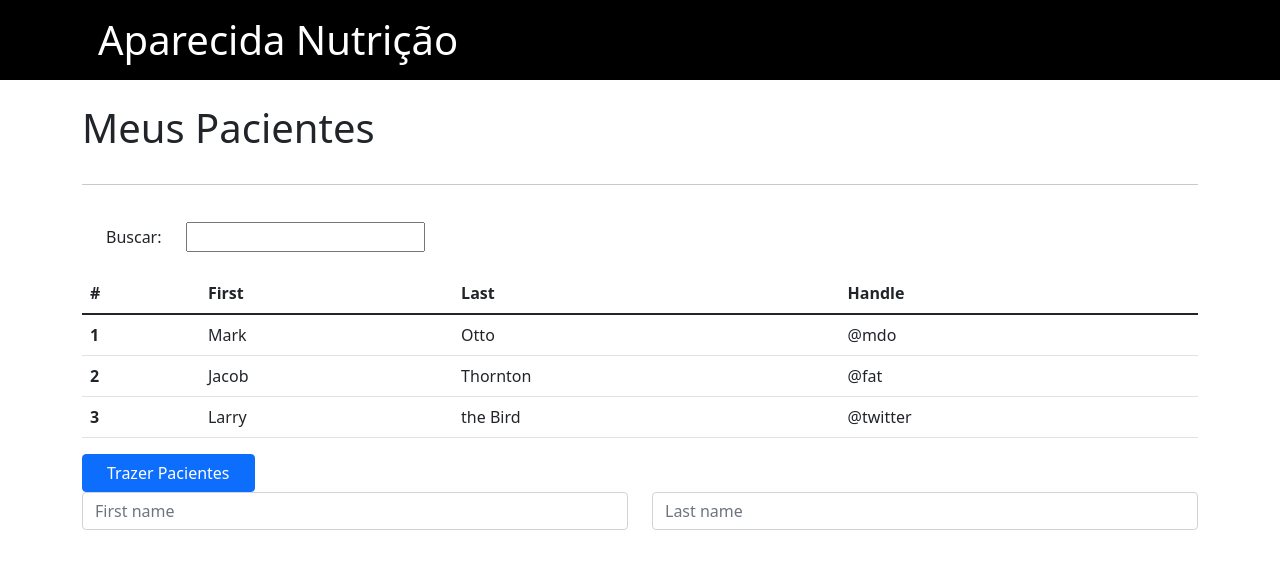
Repository: eversonps/app-paciente
Page: / (app in frontend/)
These files come from the project's save history. The page is drawn as it stood at one moment and after a run of saves; the edit follows.
The browser window is 1280 px wide. The pictures show the whole page.
The project was rebuilt for these pictures with package versions that can differ from the ones it lists, and the page was loaded fresh each time.

Above is the page before, as saved 2022-03-28 14:22:06.

### frontend/src/index.js
import React from 'react';
import ReactDOM from 'react-dom';
import './index.css';
import App from './App';
import  '../node_modules/bootstrap/dist/css/bootstrap.min.css'

ReactDOM.render(
    <App />,
    document.getElementById('root')
);

### frontend/src/App.jsx
import Header from "./components/Header";
import MyPacients from "./components/MyPacients";
import Main from "./components/Main"
import AddPacient from "./components/AddPacient";

function App() {
  return (
    <div className="App">
        <Header></Header>
        <Main>
            <MyPacients></MyPacients>
            <AddPacient></AddPacient>
        </Main>
    </div>
  );
}

export default App;

### frontend/src/components/Header.jsx
import React from "react";

export default props => {
    return (
        <header className="bg-black">
            <div className="container">
                <h1 className="text-white p-3">Aparecida Nutrição</h1>
            </div>
        </header>
    )
}

### frontend/src/components/MyPacients.jsx
import React from "react";
import FilterPacients from "../Templates/FilterPacients";
import Table from "../Templates/Table";

export default props => (
    <div>
        <h1 className="pt-3 pb-3">Meus Pacientes</h1>
        <hr />

        <FilterPacients></FilterPacients>
        <Table></Table>
    </div>
)

### frontend/src/components/Main.jsx
import React from "react";

export default props => (
    <main className="container">
        {props.children}
    </main>
)

### frontend/src/components/AddPacient.jsx
import React from "react";

export default props => (
    <form>
        <div className="row">
            <div className="col">
                <input type="text" className="form-control" placeholder="First name" />
            </div>
            <div className="col">
                <input type="text" className="form-control" placeholder="Last name" />
            </div>
        </div>
    </form>
)

### frontend/src/Templates/FilterPacients.jsx
import React from "react";

export default props => (
    <div>
        <label className="m-4">Buscar: </label>
        <input type="text" />
    </div>
)

### frontend/src/Templates/Table.jsx
import React from "react";

export default props => (
    <div>
        <table class="table">
        <thead class="thead-dark">
            <tr>
            <th scope="col">#</th>
            <th scope="col">First</th>
            <th scope="col">Last</th>
            <th scope="col">Handle</th>
            </tr>
        </thead>
        <tbody>
            <tr>
            <th scope="row">1</th>
            <td>Mark</td>
            <td>Otto</td>
            <td>@mdo</td>
            </tr>
            <tr>
            <th scope="row">2</th>
            <td>Jacob</td>
            <td>Thornton</td>
            <td>@fat</td>
            </tr>
            <tr>
            <th scope="row">3</th>
            <td>Larry</td>
            <td>the Bird</td>
            <td>@twitter</td>
            </tr>
            </tbody>
        </table>
        <a class="btn btn-primary px-4" href="#" role="button">Trazer Pacientes</a>
    </div>

)

Loaded but not shown: frontend/public/index.html (common file); frontend/src/index.css (common file)

After the next 2 saves:
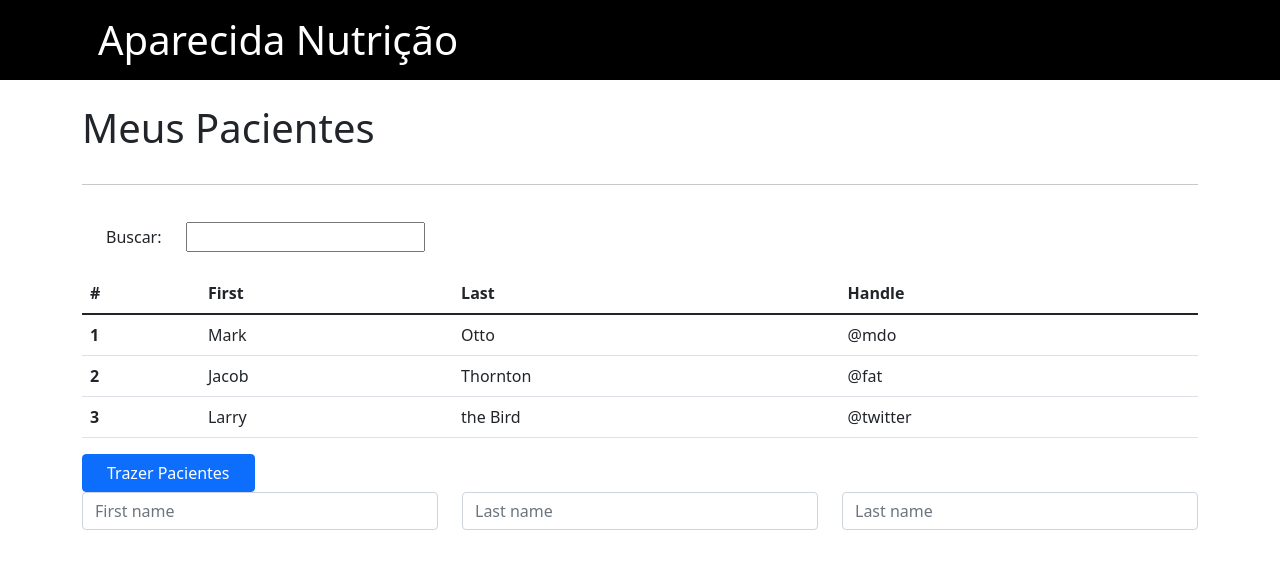
The 2 saves are shown as one change because they came seconds apart.
The last was saved 29 s later.
--- a/frontend/src/components/AddPacient.jsx
+++ b/frontend/src/components/AddPacient.jsx
@@ -2,6 +2,9 @@ import React from "react";
 
 export default props => (
     <form>
+        <div className="row">
+
+        </div>
         <div className="row">
             <div className="col">
                 <input type="text" className="form-control" placeholder="First name" />
@@ -9,6 +12,9 @@ export default props => (
             <div className="col">
                 <input type="text" className="form-control" placeholder="Last name" />
             </div>
+            <div className="col">
+                <input type="text" className="form-control" placeholder="Last name" />
+            </div>
         </div>
     </form>
 )
